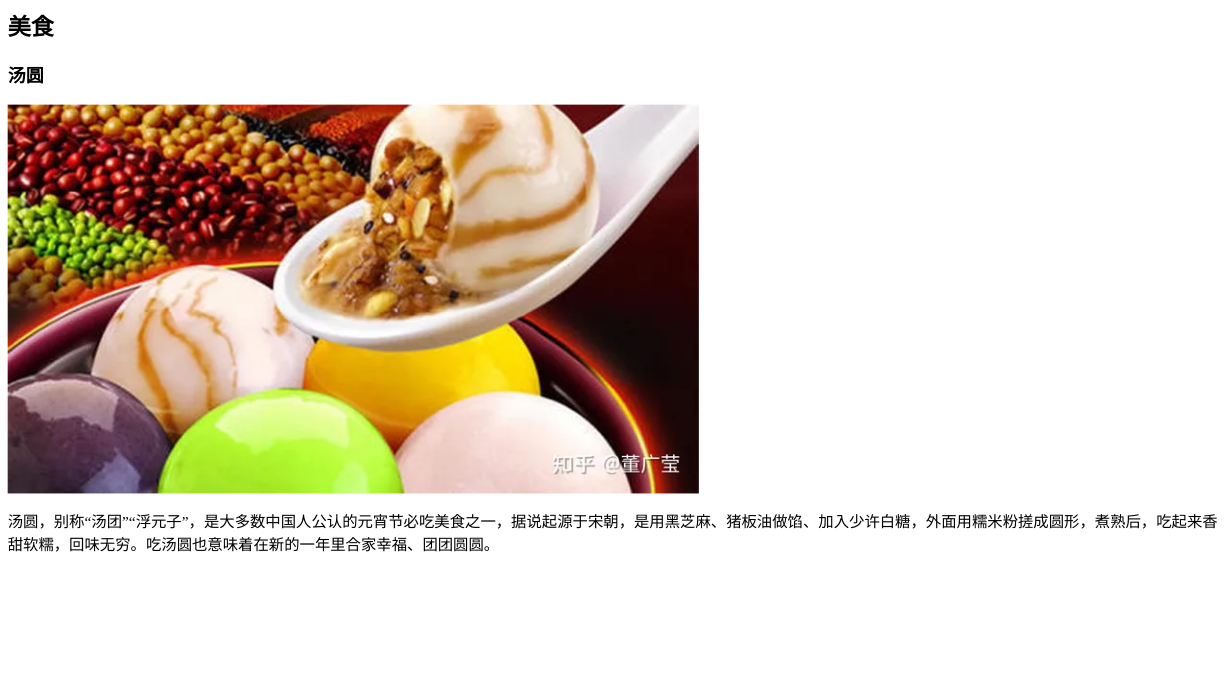
Repository: XueJie1/computer-operation-basics
Page: pages/lanternfes/cuisine.html
These files come from the project's save history. The page is drawn as it stood at one moment and after a run of saves; the edit follows.
The browser window is 1280 px wide. The pictures show the whole page, at 96% of full size.

Above is the page before, as saved 2023-09-14 16:27:12.

### pages/lanternfes/cuisine.html
<h2>美食</h2>
<h3>汤圆</h3>
<div class="img">
    <img src="../../img/tangyuan.webp">
</div>
<p>汤圆，别称“汤团”“浮元子”，是大多数中国人公认的元宵节必吃美食之一，据说起源于宋朝，是用黑芝麻、猪板油做馅、加入少许白糖，外面用糯米粉搓成圆形，煮熟后，吃起来香甜软糯，回味无穷。吃汤圆也意味着在新的一年里合家幸福、团团圆圆。</p>

After the next 2 saves:
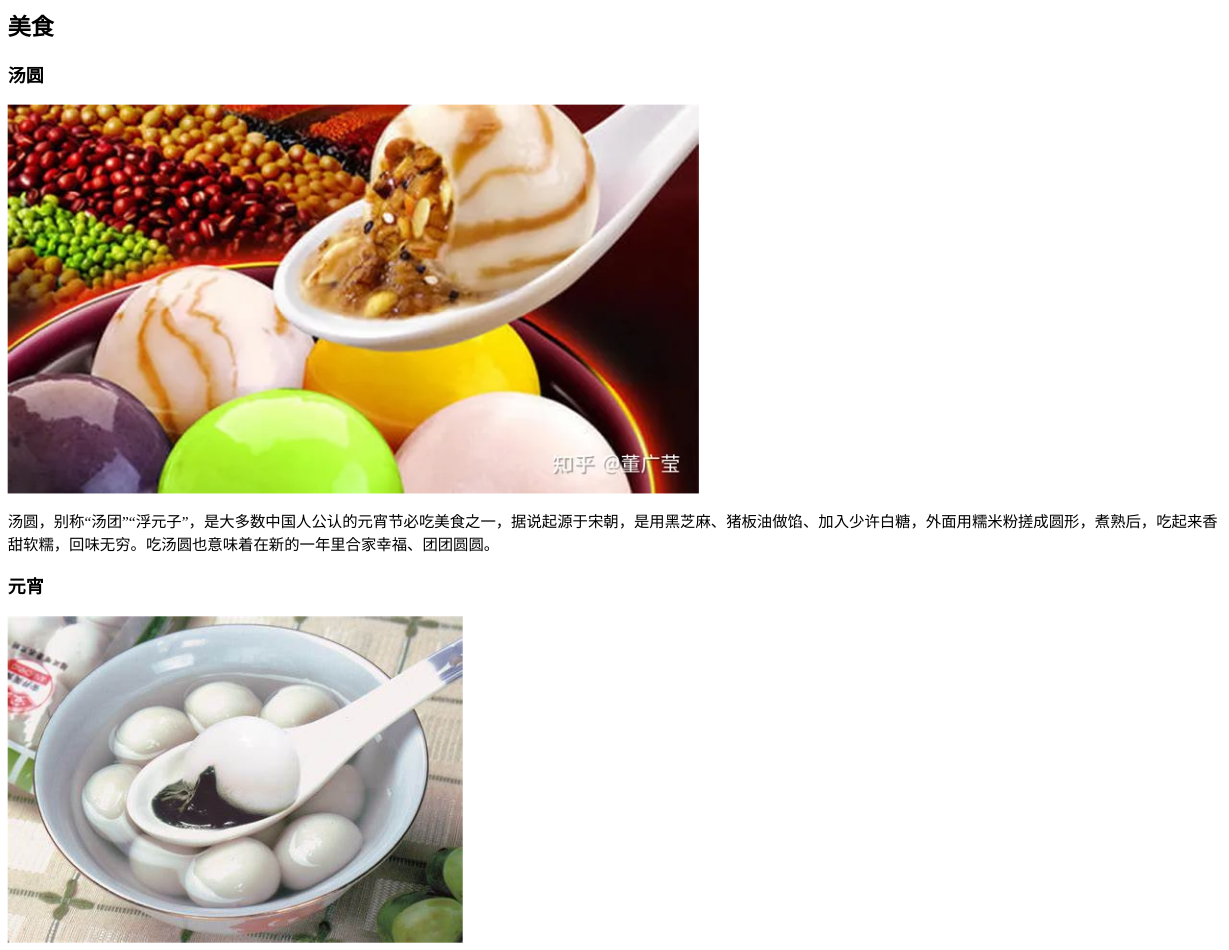
The 2 saves are shown as one change because they came seconds apart.
The last was saved 29 s later.
--- a/pages/lanternfes/cuisine.html
+++ b/pages/lanternfes/cuisine.html
@@ -4,3 +4,7 @@
     <img src="../../img/tangyuan.webp">
 </div>
 <p>汤圆，别称“汤团”“浮元子”，是大多数中国人公认的元宵节必吃美食之一，据说起源于宋朝，是用黑芝麻、猪板油做馅、加入少许白糖，外面用糯米粉搓成圆形，煮熟后，吃起来香甜软糯，回味无穷。吃汤圆也意味着在新的一年里合家幸福、团团圆圆。</p>
+<h3>元宵</h3>
+<div class="img">
+    <img src="../../img/yuanxiao.jpg">
+</div>
